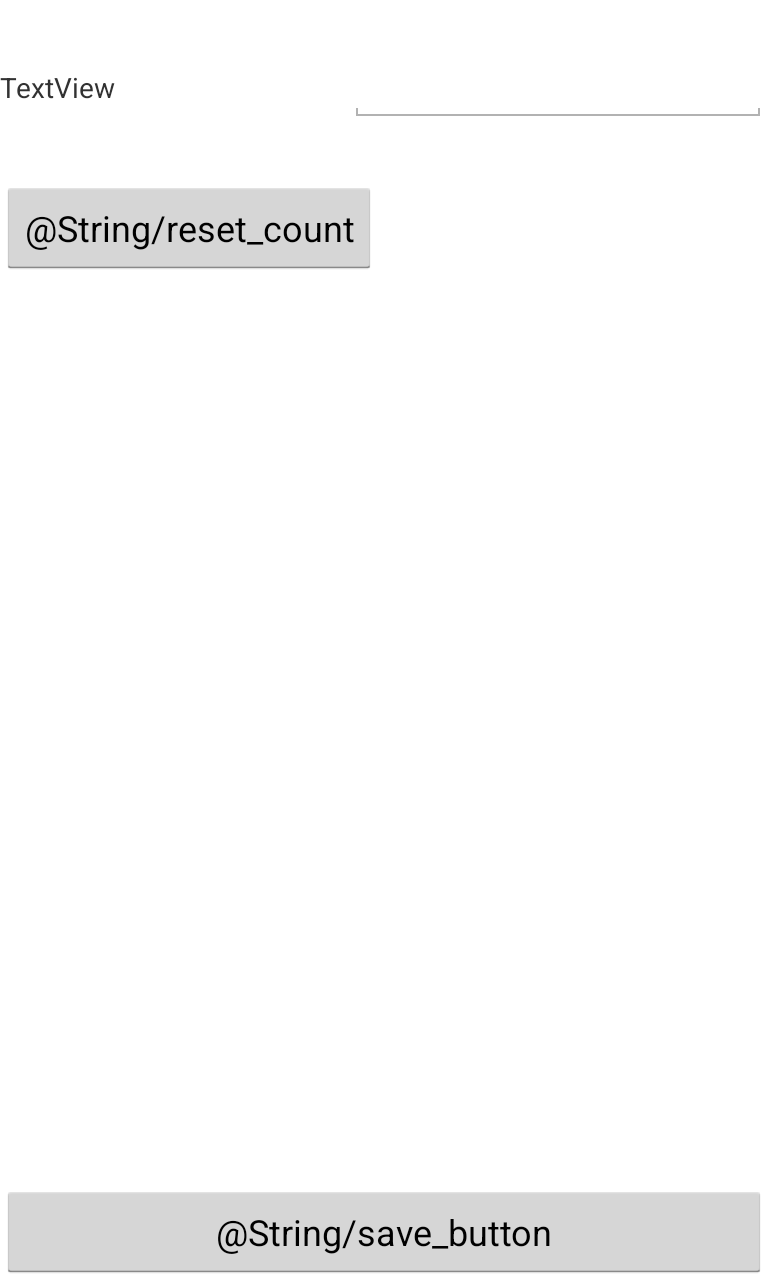
Repository: arweber1/CMPUT301_Assignment1
Layout: Assignment1/res/layout/edit_counter.xml
An editor plug-in stored every save of this project. The layout is shown before and after the next save, followed by the edit.
It is drawn on a 768 x 1280 px phone screen (xhdpi) without system bars, with theme AppTheme; the app's code is not run.

Above is the layout before, as saved 2014-01-24 18:42:09.

### Assignment1/res/layout/edit_counter.xml
<?xml version="1.0" encoding="utf-8"?>
<RelativeLayout xmlns:android="http://schemas.android.com/apk/res/android"
    android:layout_width="match_parent"
    android:layout_height="match_parent" >

    <TextView
        android:id="@+id/textView1"
        android:layout_width="wrap_content"
        android:layout_height="wrap_content"
        android:layout_alignParentLeft="true"
        android:layout_alignParentTop="true"
        android:layout_marginTop="34dp"
        android:text="TextView" />

    <EditText
        android:id="@+id/editName"
        android:layout_width="wrap_content"
        android:layout_height="wrap_content"
        android:layout_alignBaseline="@+id/textView1"
        android:layout_alignBottom="@+id/textView1"
        android:layout_alignParentRight="true"
        android:inputType="textCapSentences"
        android:ems="10" />

    <Button
        android:id="@+id/reset_count"
        android:layout_width="wrap_content"
        android:layout_height="wrap_content"
        android:layout_alignParentLeft="true"
        android:layout_below="@+id/editName"
        android:layout_marginTop="28dp"
        android:text="@String/reset_count" />

    <Button
        android:id="@+id/save_button"
        android:layout_width="wrap_content"
        android:layout_height="wrap_content"
        android:layout_alignParentBottom="true"
        android:layout_alignParentLeft="true"
        android:layout_alignParentRight="true"
        android:text="@String/save_button" />

</RelativeLayout>

Loaded but not shown: Assignment1/res/values/styles.xml (common file); Assignment1/res/values-v11/styles.xml (common file); Assignment1/res/values-v14/styles.xml (common file)

After the next save:
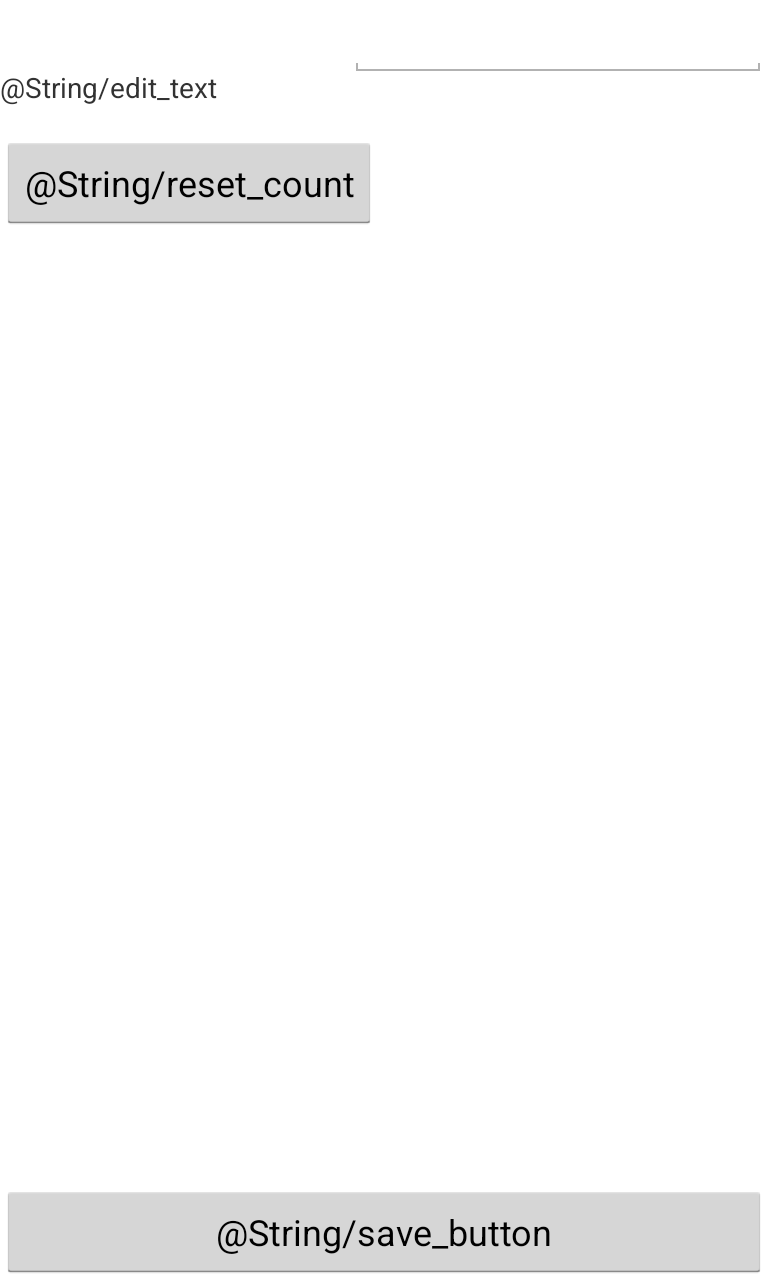
Saved 24 s later.
--- a/Assignment1/res/layout/edit_counter.xml
+++ b/Assignment1/res/layout/edit_counter.xml
@@ -4,13 +4,13 @@
     android:layout_height="match_parent" >
 
     <TextView
-        android:id="@+id/textView1"
+        android:id="@+id/edit_textView"
         android:layout_width="wrap_content"
         android:layout_height="wrap_content"
         android:layout_alignParentLeft="true"
         android:layout_alignParentTop="true"
         android:layout_marginTop="34dp"
-        android:text="TextView" />
+        android:text="@String/edit_text" />
 
     <EditText
         android:id="@+id/editName"
